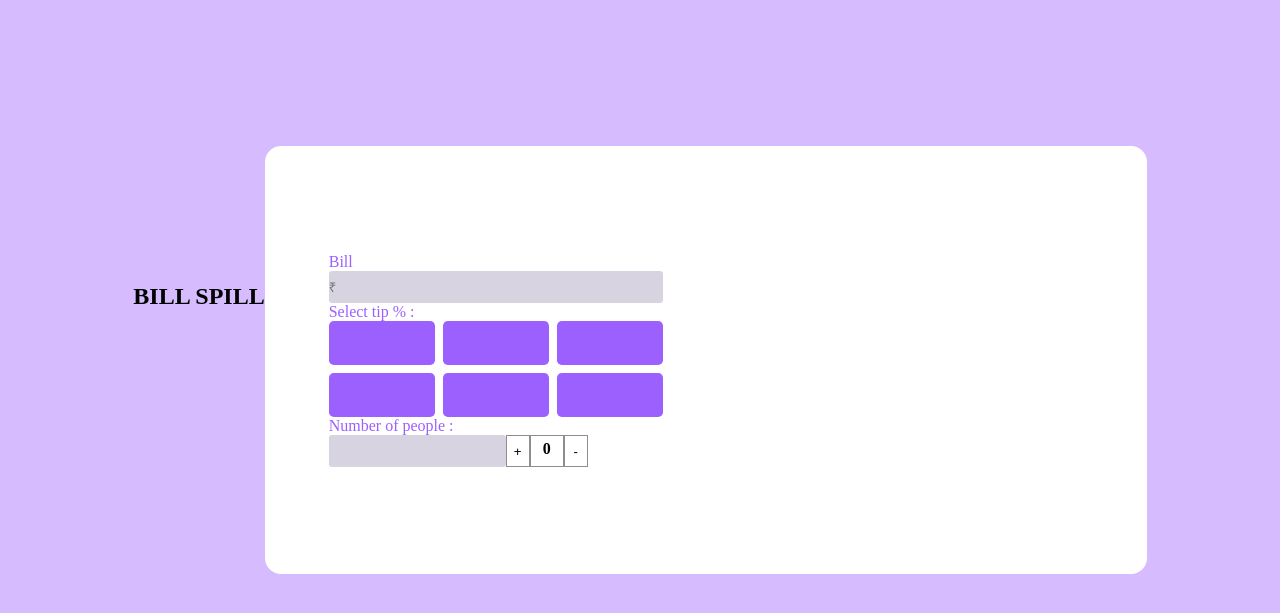
Repository: drumsmanku/micro-project-3
Page: index.html
An editor plug-in stored every save of this project. The page is shown before and after the next save, followed by the edit.
The browser window is 1280 px wide. The pictures show the whole page.

Above is the page before, as saved 2023-04-17 18:15:03.

### index.html
<!DOCTYPE html>
<html lang="en">
<head>
  <meta charset="UTF-8">
  <meta http-equiv="X-UA-Compatible" content="IE=edge">
  <meta name="viewport" content="width=device-width, initial-scale=1.0">
  <link rel="stylesheet" href="styles.css">
  <title>Bill Spill</title>
</head>
<body>
  <main>
    <h2>BILL SPILL</h2>
    <div class="entire-container">
      <div class="left-inside-container">
          <label for="amount">Bill</label>
          <input type="number" name="total" id="total-bill" placeholder="₹" >
          <div class="select-container">
            <label for="tip">Select tip % :</label>
            <div class="button-containers">
              <button class="bt-1 sizing"></button>
              <button class="bt-2 sizing"></button>
              <button class="bt-3 sizing"></button>
              <button class="bt-4 sizing"></button>
              <button class="bt-5 sizing"></button>
              <button class="bt-6 sizing"></button>
            </div>
          </div>


          <label for="people">Number of people : </label>
          <div class="people-container">
            <input type="number" name="people" id="people-number">
            <button id="add-people">+</button>
            <h4 class="center-text">0</h4>
            <button id="sub-people">-</button>
          </div>
      </div>


      <div class="right-inside-container"></div>
    </div>
  </main>
</body>
</html>

### styles.css
@import url('https://fonts.googleapis.com/css2?family=DM+Sans&display=swap');
/* font-family: 'DM Sans', sans-serif; */
*{
  padding: 0;
  margin: 0;
}

main{
  width: 100%;
  height: 100vh;
  display: flex;
  justify-content: center;
  align-items: center;
  background-color:  #D6BCFF;
}

main>h2{
  position: relative;
  top: -4rem;
}

.entire-container{
  width: 818px;
  height: 428px;
  background-color: white;

  display: flex;
  padding-left: 4rem;
  flex-direction: row;
  border-radius: 1rem;

}

.left-inside-container{
  display: flex;
  flex-wrap: wrap;
  flex-direction: column;
  justify-content: center;
}

.button-containers{
  display: grid;
  grid-template-columns: repeat(3, minmax(0,1fr));
  grid-template-rows: repeat(2, minmax(0,1fr));
  grid-gap: 0.5rem;
}

.sizing{
  width: 106px;
  height: 44px;
  border: none;
  background-color: #9C60FF;
  border-radius: 0.3rem;
}
.people-container{
  display: flex;
  flex-direction: row;
}
.people-container>h4{
  border: 1px solid #8E8E8E;
  width: 2rem;
  text-align: center;
  padding-top: 4px;
}
.people-container>button{
  background: none;
  border: 1px solid #8E8E8E;
  width: 1.5rem;
}
input{
  border-radius: 0.2rem;
  border: none;
  background-color: rgba(182, 172, 196, 0.53);
  height: 2rem;
}
label{
  color: #9C60FF;
}

After the next save:
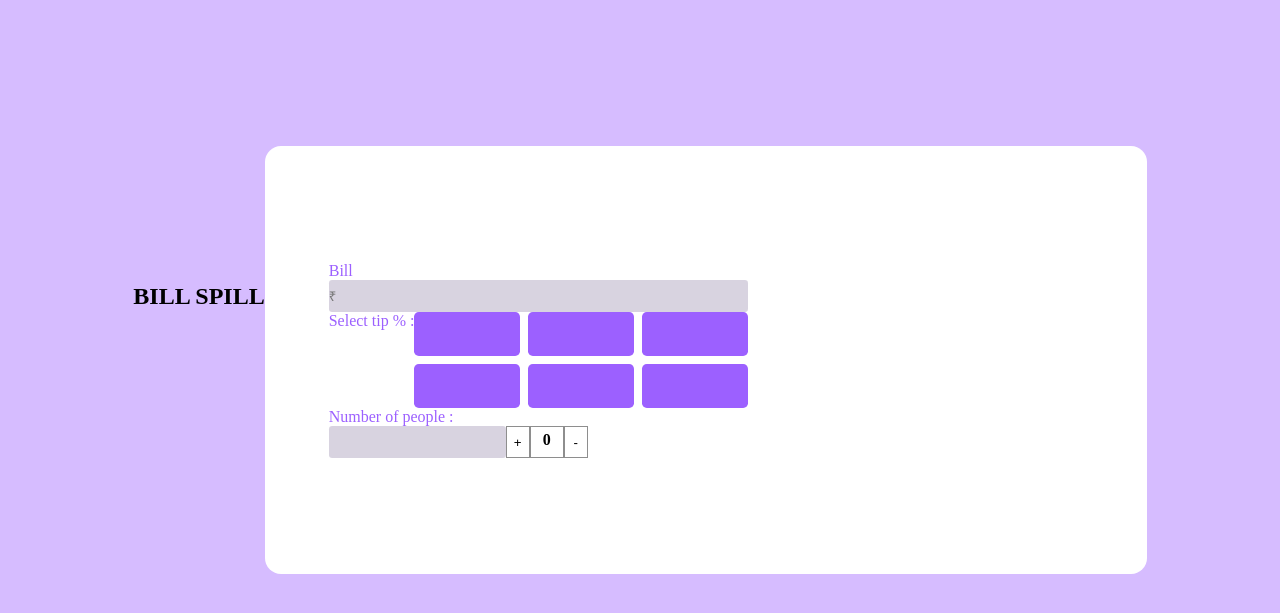
Saved 38 s later.
--- a/styles.css
+++ b/styles.css
@@ -67,6 +67,10 @@
   border: 1px solid #8E8E8E;
   width: 1.5rem;
 }
+
+.select-container{
+  display: flex;
+}
 input{
   border-radius: 0.2rem;
   border: none;

After the save that followed:
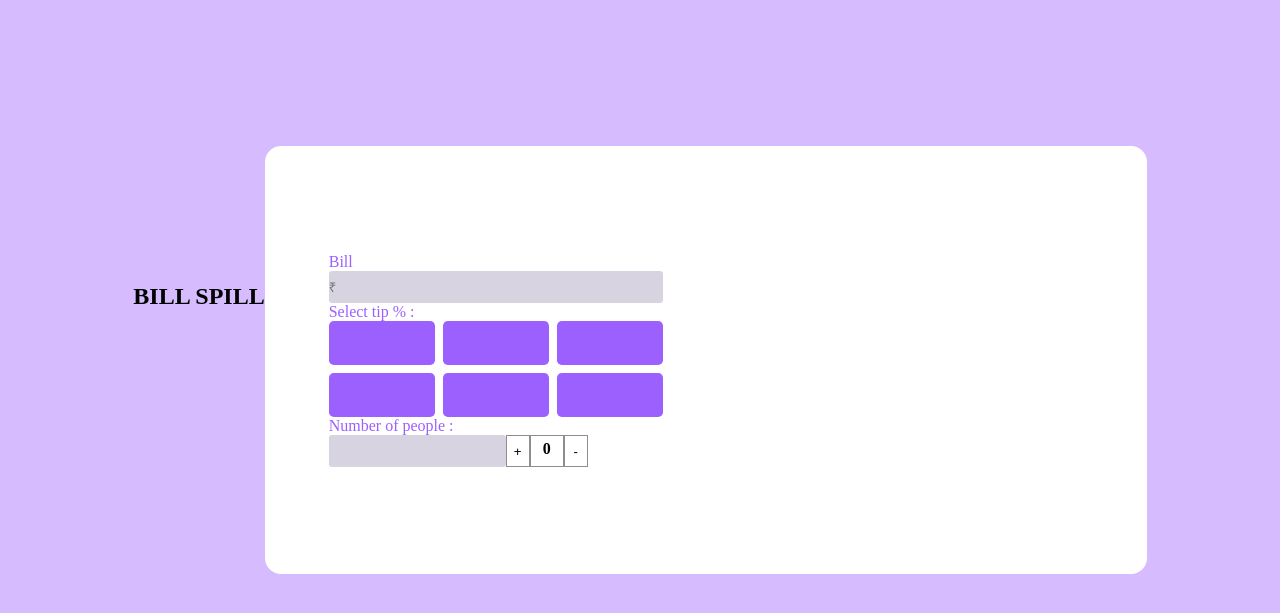
Saved 12 s later.
--- a/styles.css
+++ b/styles.css
@@ -70,6 +70,7 @@
 
 .select-container{
   display: flex;
+  flex-direction: column;
 }
 input{
   border-radius: 0.2rem;
